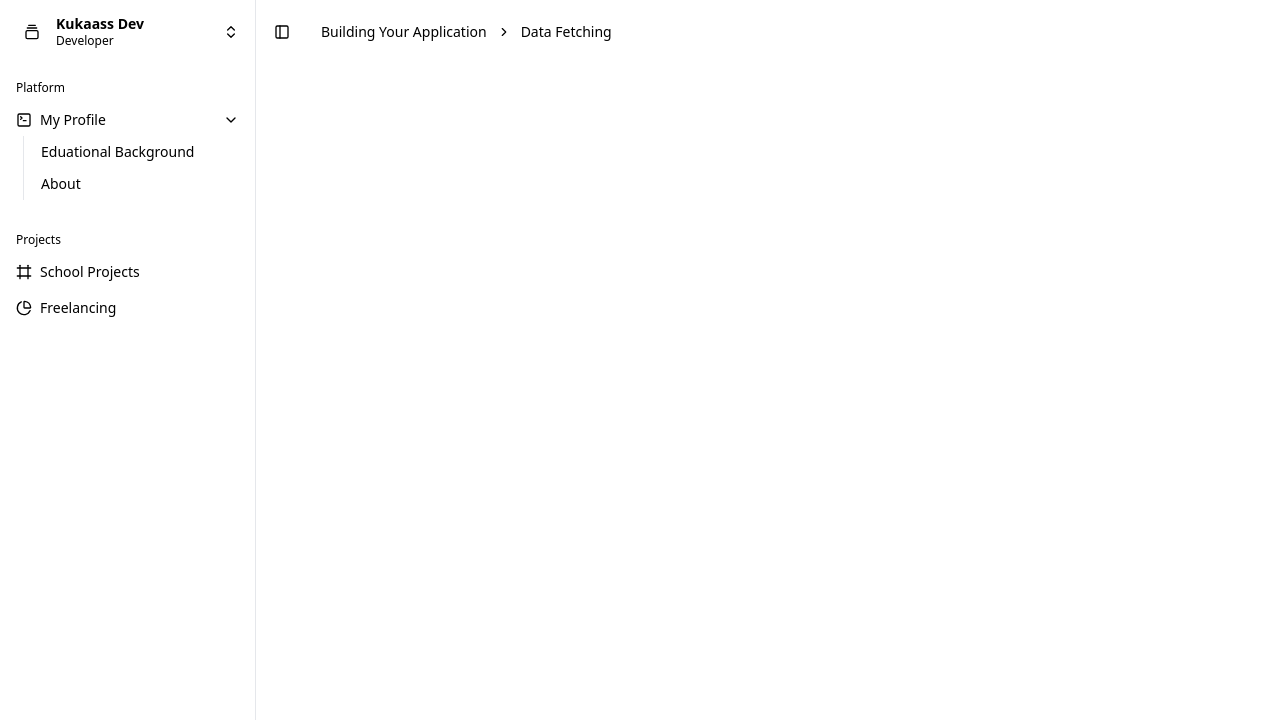
Repository: Kukaas/Kukaass-Portfolio
Page: /
These files come from the project's save history. The page is drawn as it stood at one moment and after the next save; the edit follows.
The browser window is 1280 px wide. The pictures show the whole page.
The project was rebuilt for these pictures with package versions that can differ from the ones it lists, and the page was loaded fresh each time. Also part of the build but not shown: vite.config.js, src/components/ui/input.jsx, src/components/ui/sheet.jsx, src/components/ui/skeleton.jsx.

Above is the page before, as saved 2024-12-17 13:20:17.

After the next save:
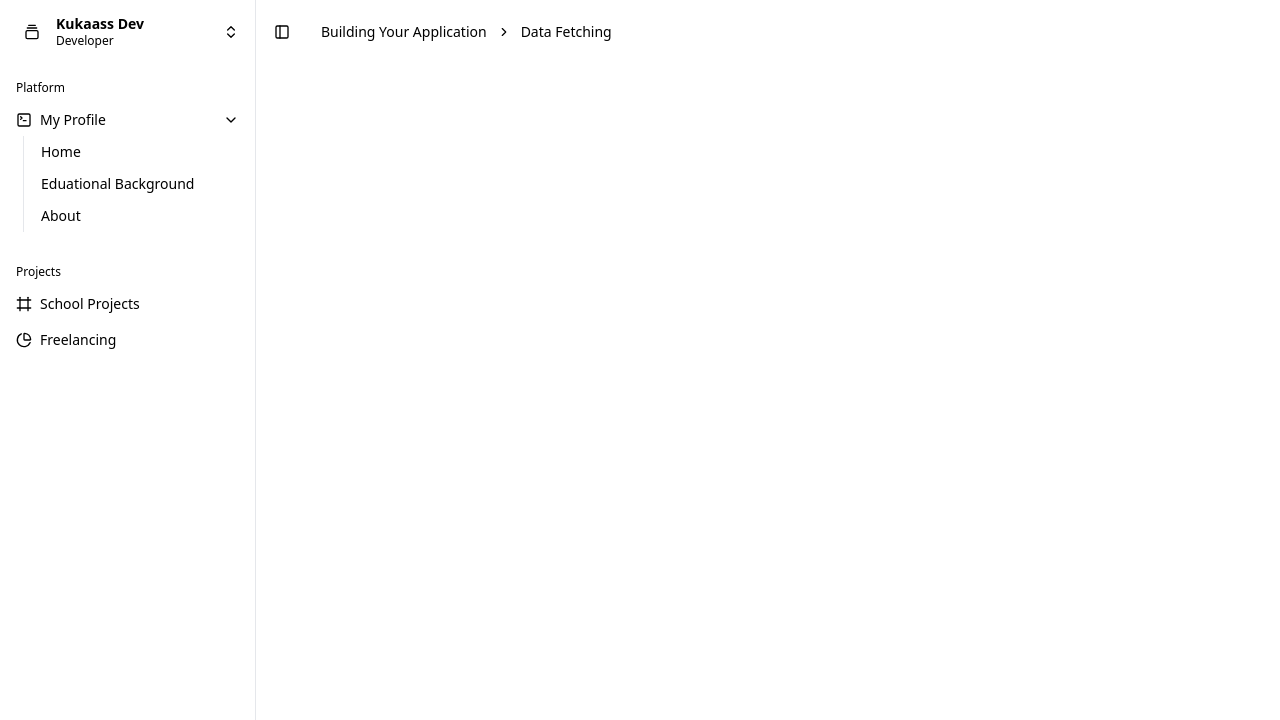
Saved 48 s later.
--- a/src/components/app-sidebar.jsx
+++ b/src/components/app-sidebar.jsx
@@ -37,6 +37,10 @@
       isActive: true,
       items: [
         {
+          title: "Home",
+          url: "#",
+        },
+        {
           title: "Eduational Background",
           url: "#",
         },

After the save that followed:
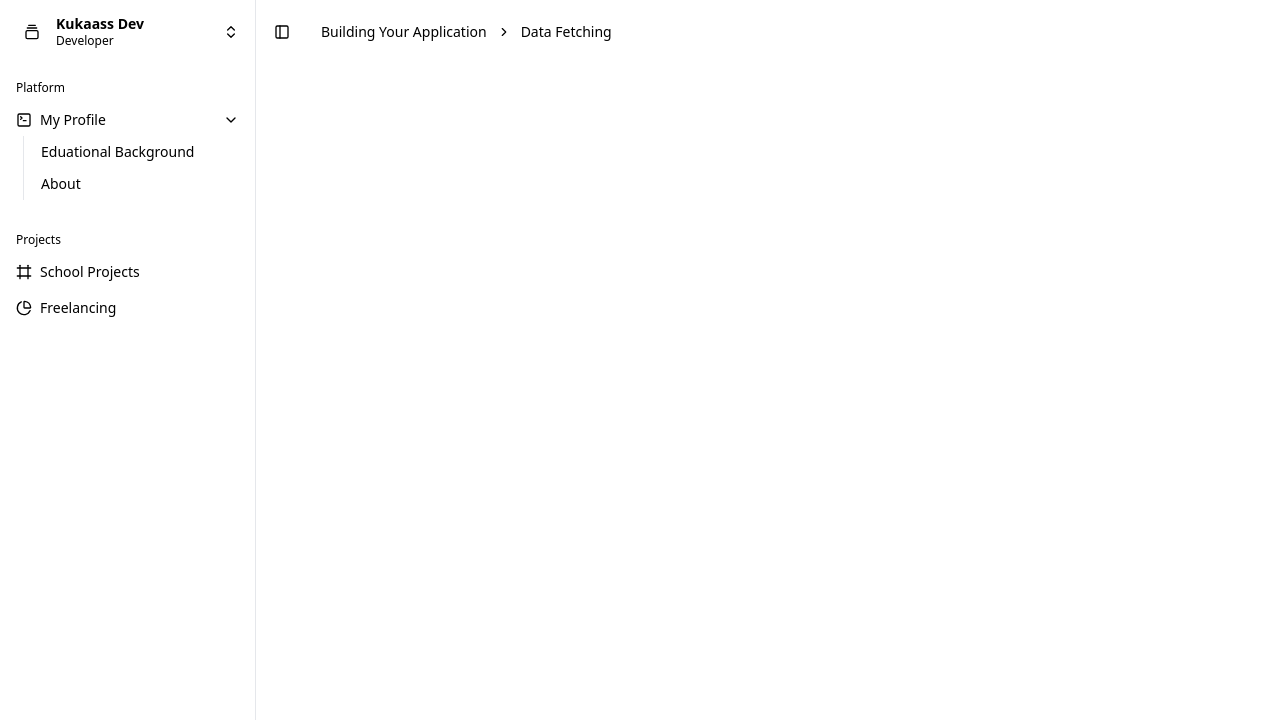
Saved 17 s later.
--- a/src/components/app-sidebar.jsx
+++ b/src/components/app-sidebar.jsx
@@ -37,10 +37,6 @@
       isActive: true,
       items: [
         {
-          title: "Home",
-          url: "#",
-        },
-        {
           title: "Eduational Background",
           url: "#",
         },
